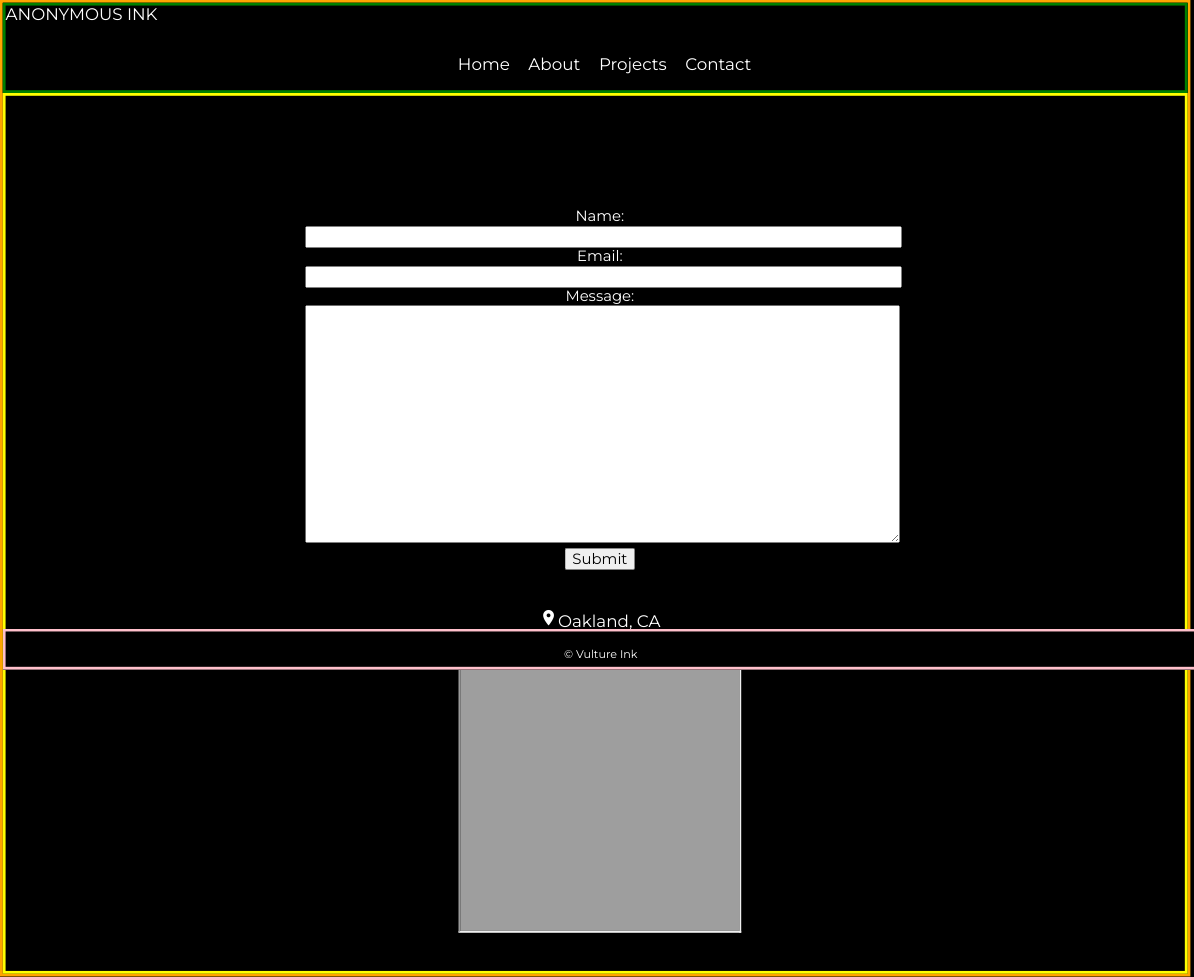
Repository: kaitlynMidori/anon_ink
Page: pages/Contact.html
These files come from the project's save history. The page is drawn as it stood at one moment and after the next save; the edit follows.
The browser window is 1280 px wide. The page is 1284 px wide, then 1280 px, so the pictures cover 1284 px, including what lies to the right of the window. The pictures show the whole page, at 93% of full size.
Pictures or frames that could not be fetched are drawn as grey boxes. Some web libraries are served in a nearby version.

Above is the page before, as saved 2021-09-07 12:48:58.

After the next save:
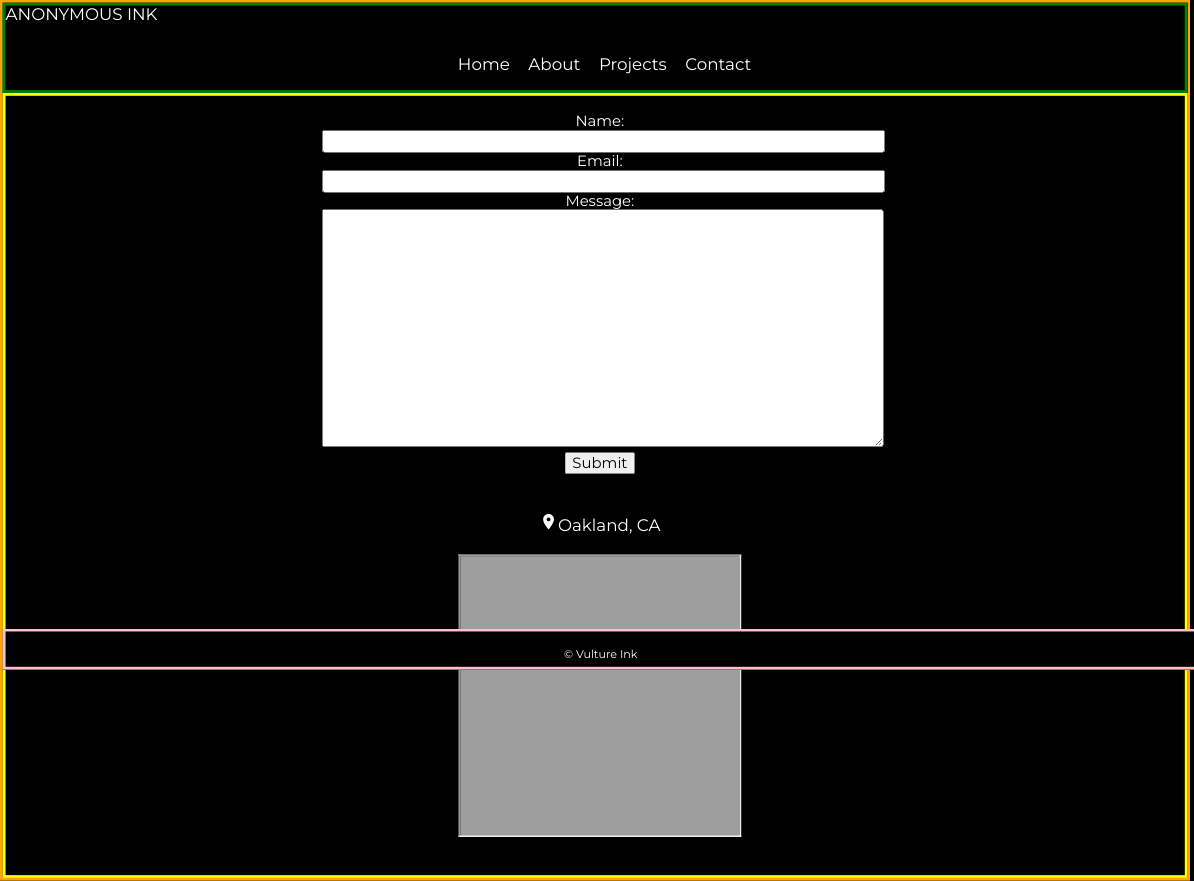
Saved 11 min 14 s later.
--- a/pages/Contact.html
+++ b/pages/Contact.html
@@ -31,16 +31,6 @@
       <!-- <h2>Get in Touch</h2> -->
       <div class="contact-container">
 
-        <div class="contact-bar">
-          <a href="tel:111-111-1111"><i class="material-icons" style="font-size:20px">phonelink_ring</i></a>
-
-          <a href="mailto:vultureink@gmail.com "><i class="material-icons" style="font-size:28px">mail_outline </i> </a>
-
-          <a href="http://www.linkedin.com/in/" target="_blank"><i class="fa fa-linkedin" style="font-size:28px"></i></a>
-
-          <!-- <a href="https://www.github.com/kaitlynMidori"><i class="fa fa-github" style="font-size:28px"></i></a> -->
-        </div>
-
         <div class="contact-form">
             <form action="https://formspree.io/f/xrgoqyge" method="post">
               <label for="user-name">Name:</label>
